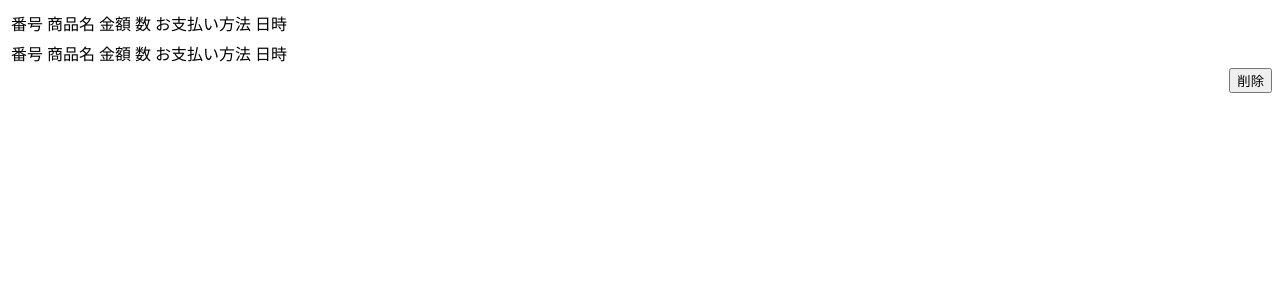
Repository: kousuke-2047/test
Page: http://localhost/Rensyu/mypage.jsp
An editor plug-in stored every save of this project. The page is shown before and after the next save, followed by the edit.
The browser window is 1280 px wide. The pictures show the whole page.
The page is served by Tomcat 9.

Above is the page before, as saved 2018-06-07 02:40:40.

After the next save:
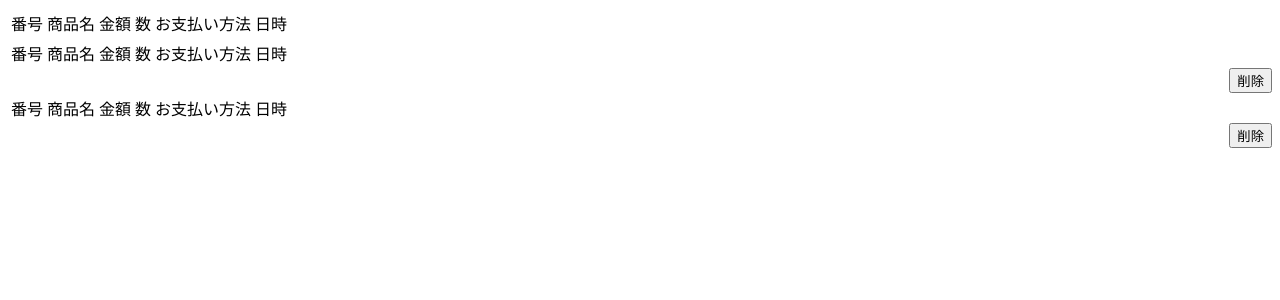
Saved 1 s later.
--- a/Rensyu/WebContent/mypage.jsp
+++ b/Rensyu/WebContent/mypage.jsp
@@ -74,6 +74,44 @@
 		<s:submit value ="削除"/>
 	</s:form>
 
+	<s:form action = "DeleteSAction">
+		<table>
+			<tr>
+			<td>番号</td>
+			<td>商品名</td>
+			<td>金額</td>
+			<td>数</td>
+			<td>お支払い方法</td>
+			<td>日時</td>
+			</tr>
+
+			<script type="text/javascript">
+				 var a=0;
+			</script>
+
+
+
+			<s:iterator value = "mypageList">
+			<tr>
+				<td><input type="radio" name="deleteid" value="<s:property value='id'/>"/>
+				<script type="text/javascript">
+				 document.write(++a);
+				</script>
+				</td>
+
+				<td><s:property value = "itemName"/></td>
+				<td><s:property value = "totalPrice"/></td>
+				<td><s:property value = "totalCount"/></td>
+				<td><s:property value = "pay"/></td>
+				<td><s:property value = "insertdate"/></td>
+
+			</tr>
+			</s:iterator>
+		</table>
+
+		<s:submit value ="削除"/>
+	</s:form>
+
 
 
 </body>
